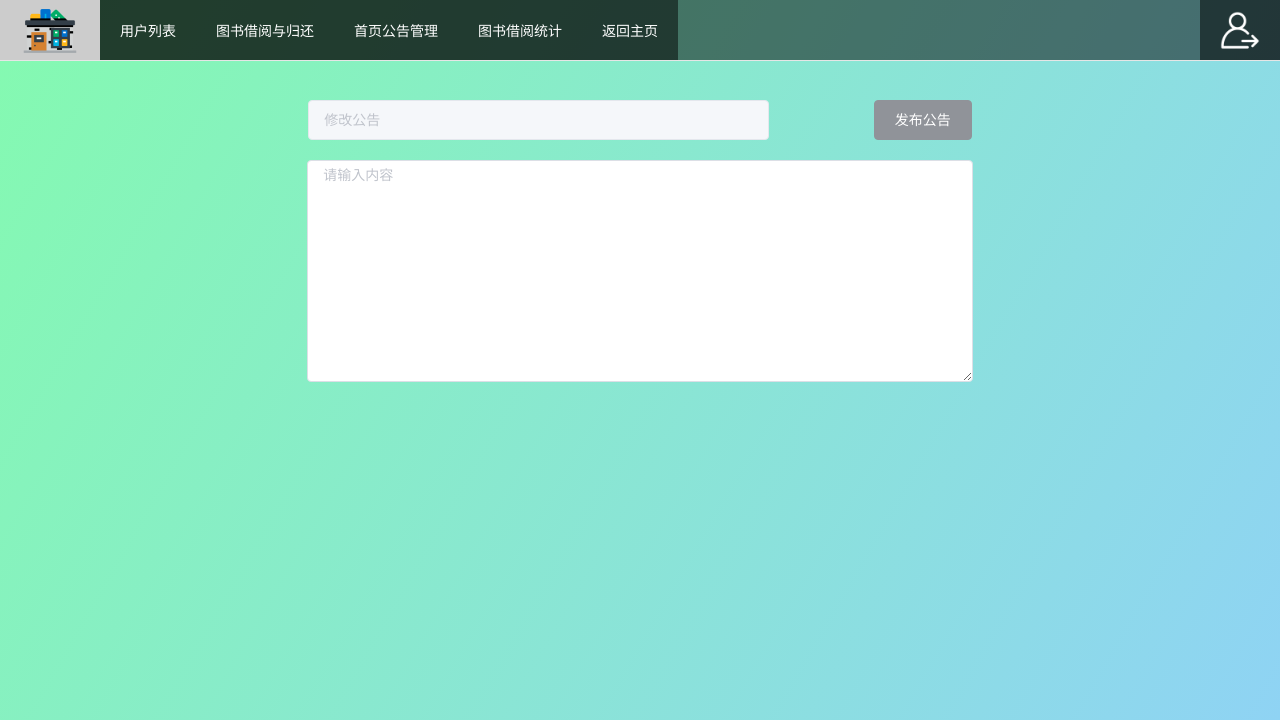
Repository: Akron-xz/helloVue
Page: /#/modifyAnnounce (app in vue-library/)
The author's editor kept a copy of each file at every save. The page is drawn from the files as they stood at one save, then again after the next save.
The browser window is 1280 px wide. The pictures show the whole page.
The project was rebuilt for these pictures with package versions that can differ from the ones it lists, and the page was loaded fresh each time. Also part of the build but not shown: vue-library/src/components/homeNav.vue, vue-library/src/views/Home.vue.

Above is the page before, as saved 2020-11-25 15:30:34.

### vue-library/src/main.js
import Vue from 'vue'
import App from './App.vue'
import ElementUI from 'element-ui';
import 'element-ui/lib/theme-chalk/index.css';
import axios from "axios"
import router from './router'
import Router from 'vue-router'

const routerPush = Router.prototype.push
Router.prototype.push = function push(location) {
    return routerPush.call(this, location).catch(error => error)
}

Vue.config.productionTip = false
Vue.use(ElementUI);
Vue.prototype.$axios = axios;


new Vue({
    router,
    render: h => h(App)
}).$mount('#app')

### vue-library/src/router/index.js
import Vue from 'vue'
import VueRouter from 'vue-router'
import Home from '../views/Home.vue'


Vue.use(VueRouter)

const routes = [{
        path: '/',
        name: 'Home',
        component: Home
    },
    {
        path: '/about',
        name: 'About',
        // route level code-splitting
        // this generates a separate chunk (about.[hash].js) for this route
        // which is lazy-loaded when the route is visited.
        component: () =>
            import ( /* webpackChunkName: "about" */ '../views/About.vue')
    },
    {
        path: '/admin',
        name: 'Admin',
        // route level code-splitting
        // this generates a separate chunk (about.[hash].js) for this route
        // which is lazy-loaded when the route is visited.
        component: () =>
            import ( /* webpackChunkName: "about" */ '../views/Administrator.vue')
    },
    {
        path: "/userLogin",
        name: "UserLogin",
        component: () =>
            import ('../views/UserLogin.vue')
    },
    {
        path: "/user",
        name: "User",
        component: () =>
            import ( /* webpackChunkName: "about" */ '../views/User.vue')
    },
    {
        path: "/signup",
        name: "SignUp",
        component: () =>
            import ('../views/SignUp.vue')
    },
    {
        path: "/adminmain",
        name: "AdminMain",
        component: () =>
            import ('../views/AdminMain.vue')
    },
    {

        path: "/MyInformation",
        name: "MyInformation",
        component: () =>
            import ('../views/MyInformation.vue')
    },
    {
        path: "/library",
        name: "Library",
        component: () =>
            import ( /* webpackChunkName: "about" */ '../views/Library.vue')

    },
    {
        path: "/modifymsg",
        name: "ModifyMsg",
        component: () =>
            import ('../views/ModifyMsg.vue')
    },
    {
        path: "/borrowhistory",
        name: "BorrowHistory",
        component: () =>
            import ('../views/BorrowHistory.vue')
    },
    {
        path: "/newissue",
        name: "NewIssue",
        component: () =>
            import ('../views/NewIssue.vue')
    },
    {
        path: "/booksearch",
        name: "BookSearch",
        component: () =>
            import ('../views/BookSearch.vue')
    },
    {
        path: "/MyBookshelves",
        name: "MyBookshelves",
        component: () =>
            import ('../views/MyBookshelves.vue')
    },
    {
        path: "/modifyAnnounce",
        name: "ModifyAnnounce",
        component: () =>
            import ('../views/ModifyAnnounce.vue')
    },
    {
        path: "/statistics",
        name: "Statistics",
        component: () =>
            import ('../views/Statistics.vue')
    },


]

const router = new VueRouter({
    routes
})

export default router

### vue-library/src/views/ModifyAnnounce.vue
<template>
  <div class="ModifyAnnounce-container">
    <navigation></navigation>
    <div class="announce-box">
      <el-input placeholder="修改公告"  :disabled="true">
      </el-input>
      <el-button type="info" @click="updateAnnounce">发布公告</el-button>
    </div>
    <div class="contebt-box">
      <el-input
        type="textarea"
        :rows="10"
        placeholder="请输入内容"
        v-model="announceContent">
      </el-input>
    </div>
  </div>
</template>


<script>
import axios from 'axios'
import Navigation from "@/components/Nav.vue";
export default {
  components: {
    Navigation,
  },
  data(){
      return{
          announceContent:""
      }
  },

  methods:{
    updateAnnounce(){
      axios({
        method:"post",
        url:"http://localhost:8081/announce/update",
        data:{
          announceContent:this.announceContent
        }
      })
      alert("公告更新成功")
    }
  }
};
</script>


<style  scoped>
.ModifyAnnounce-container {
  position: fixed;
  left: 0;
  top: 0;
  width: 100%;
  height: 100%;
  background-repeat: no-repeat;
  background-size: 100%;
  background-image: linear-gradient(120deg, #84fab0 0%, #8fd3f4 100%);
  text-align: center;
}

.announce-box {
  display: flex;
  justify-content: space-around;
  position: fixed;
  top: 100px;
  left: 50%;
  width: 60%;
  height: 50px;
  margin-left: -30%;

}

.announce-box .el-input {
  width: 60%;
}
.announce-box .el-button {
  height: 40px;
}

.contebt-box{
    position: fixed;
    top: 160px;
    left: 50%;
    width: 52%;
    margin-left: -26%;
    height: 100px;
}
</style>

### vue-library/src/components/Nav.vue
<template>

     <div class="navigation-bar">
      <el-menu
        class="el-menu-demo"
        mode="horizontal"
        @select="handleSelect"
        background-color="#00000080"
        text-color="#ffffff"
        text-font="15px">

        <el-menu-item @click="toMain">
                <img src="/img/libraryIcon.png" alt="" target="_self" class="libraryIcon">
            </el-menu-item>

        <el-menu-item index="1" @click="toSearchClient">
          <a  target="_self"  >用户列表</a></el-menu-item
        >
        <el-menu-item index="2" @click="toBooks">
          <a  target="_self">图书借阅与归还</a>
        </el-menu-item>

        <el-menu-item index="3" @click="toAnnounce">
          <a  target="_self">首页公告管理</a>
        </el-menu-item>
        <el-menu-item index="4" @click="toStatistics">
          <a  target="_self">图书借阅统计</a></el-menu-item
        >
        <el-menu-item index="5" @click="toHome">
          <a  target="_self">返回主页</a>
        </el-menu-item>

        <el-menu-item index="6" class="exitIcon">
                <img src="/img/logoutIconWhite.png" alt="" target="_self" class="logoutIcon">
        </el-menu-item>

      </el-menu>

    </div>
</template>

<script>
export default {
    name:"Nav",
    data() {
      return {
        activeIndex: '1'
      }
    },
    methods: {
    handleSelect(key, keyPath) {
      console.log(key, keyPath);
    },
    toMain(){
      this.$router.push({path:'/adminmain'});
    },

    toSearchClient(){
      this.$router.push({path:'/newissue'});
    },
    toSearchFile(){
      this.$router.push({path:'/signup'});
    },
    toAnnounce(){
      this.$router.push({path:'/modifyannounce'});
    },
    toBooks(){
      this.$router.push({path:'/booksearch'});
    },
    toStatistics(){
      this.$router.push({path:'/Statistics'});
    },
    toHome(){
      this.$router.push({path:'/'});
    },


  },

}
</script>>

<style scoped>
.libraryIcon{
  height: 60px;
  width: 60px;
}

.exitIcon{
  float: right;
}

.logoutIcon{
  height: 40px;
  width: 40px;
}
</style>>

Loaded but not shown: vue-library/public/index.html (common file); vue-library/src/App.vue (common file)

After the next save:
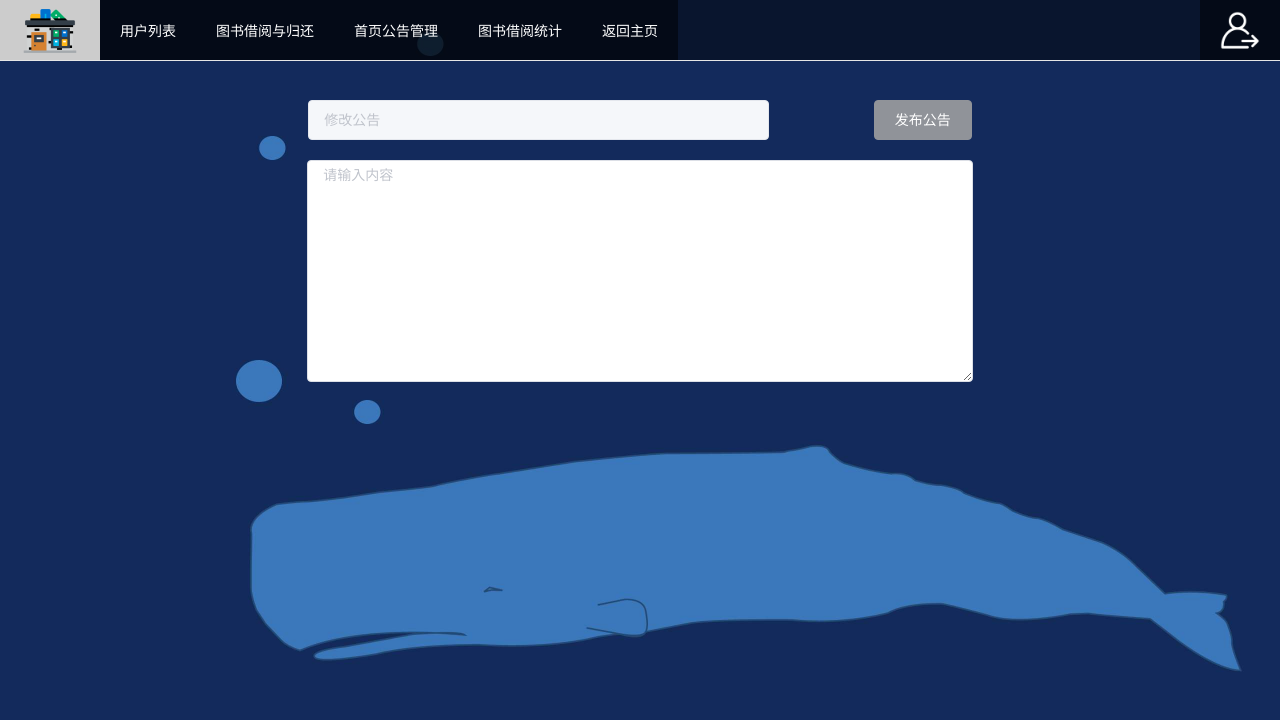
Saved 25 s later.
--- a/vue-library/src/views/ModifyAnnounce.vue
+++ b/vue-library/src/views/ModifyAnnounce.vue
@@ -56,7 +56,7 @@ export default {
   height: 100%;
   background-repeat: no-repeat;
   background-size: 100%;
-  background-image: linear-gradient(120deg, #84fab0 0%, #8fd3f4 100%);
+  background-image: url(/img/divBg/bg34.jpg);
   text-align: center;
 }
 
